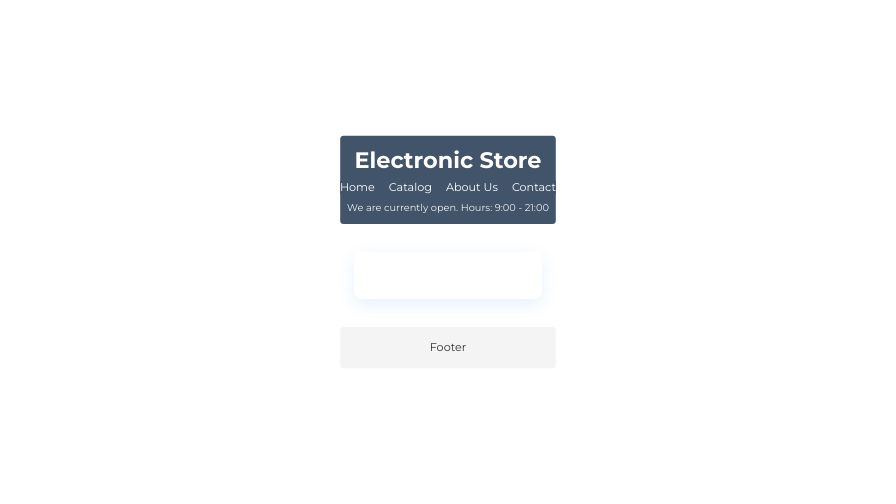
Repository: Lithium87/e-Strore
Page: /
The author's editor kept a copy of each file at every save. The page is drawn from the files as they stood at one save, then again after the next save.
The browser window is 1280 px wide. The pictures show the part of the page from y = 0 to 1920 px (the page is 720 px tall before and 7294 px after), at 70% of full size.
The project was rebuilt for these pictures with package versions that can differ from the ones it lists, and the page was loaded fresh each time. Also part of the build but not shown: vite.config.js.

Above is the page before, as saved 2025-07-06 14:25:42.

### src/main.jsx
import {StrictMode} from 'react';
import {createRoot} from 'react-dom/client';
import App from './App.jsx';

createRoot (document.getElementById ('root')).render (
  <StrictMode>
    <App />
  </StrictMode>
);

### src/App.jsx
import React from 'react';
import './index.css';

const productData = [
  {
    name: 'Laptop Pro',
    description: 'High-performance laptop for professionals.',
    price: 1200,
    photoName: '/laptop.png',
    soldOut: false,
  },
  {
    name: 'Smartphone X',
    description: 'Latest model with stunning display.',
    price: 800,
    photoName: '/smartphone.png',
    soldOut: false,
  },
  {
    name: 'Wireless Headphones',
    description: 'Noise-cancelling headphones with great sound quality.',
    price: 200,
    photoName: '/headphones.png',
    soldOut: false,
  },
  {
    name: 'Smartwatch Z',
    description: 'Stylish smartwatch with fitness tracking features.',
    price: 150,
    photoName: '/smartwatch.png',
    soldOut: false,
  },
  {
    name: 'Gaming Console',
    description: 'Powerful gaming console for endless fun.',
    price: 400,
    photoName: '/console.png',
    soldOut: true,
  },
  {
    name: '4K TV',
    description: 'Ultra HD television with vibrant colors.',
    price: 1000,
    photoName: '/tv.png',
    soldOut: false,
  },
];

const App = () => {
  return (
    <div>
      <Header />
      <Catalog />
      <Footer />
    </div>
  );
};

const Header = () => {
  const hour = new Date ().getHours ();
  const openHours = 9;
  const closeHours = 21;
  const isOpen = hour >= openHours && hour < closeHours;

  return (
    <header className="header">
      <h1>Electronic Store</h1>
      <nav className="nav">
        <ul>
          <li>
            <a href="#home">Home</a>
          </li>
          <li>
            <a href="#catalog">Catalog</a>
          </li>
          <li>
            <a href="#about">About Us</a>
          </li>
          <li>
            <a href="#contact">Contact</a>
          </li>
        </ul>
      </nav>
      <div className="working-hours">
        {isOpen
          ? <p>
              We are currently open. Hours: {openHours}:00 - {closeHours}:00
            </p>
          : <p>
              Sorry, we are closed. Hours: {openHours}:00 - {closeHours}:00
            </p>}
      </div>
    </header>
  );
};

const Catalog = ({name, description, img}) => {
  return (
    <main className="catalog">
      <ul className="products">
        <Product name={name} description={description} img={img} />
      </ul>
    </main>
  );
};

const Product = props => {
  return (
    <li className="product">
      <img src={props.img} alt={props.name} />
      <div>
        <h3>{props.name}</h3>
        <p>{props.description}</p>
        <span>{props.price}</span>
      </div>
    </li>
  );
};

const Footer = () => {
  return <footer className="footer">Footer</footer>;
};

export default App;

### src/index.css
@import url("https://fonts.googleapis.com/css2?family=Montserrat:wght@300;400;700&display=swap");

* {
  margin: 0;
  padding: 0;
  box-sizing: border-box;
}

html {
  font-size: 62.5%;
}

body {
  font-family: "Montserrat", sans-serif;
  color: #1e1e1e;
  background-color: #ffffff;
  min-height: 100vh;
  padding: 4rem;
  display: flex;
  justify-content: center;
  align-items: center;
}

.container {
  max-width: 120rem;
  margin: 0 auto;
  display: flex;
  flex-direction: column;
  align-items: center;
  gap: 3rem;
  padding: 2rem;
  background-color: #f4f6f8;
  border-radius: 1.2rem;
  box-shadow: 0px 4px 12px rgba(0, 0, 0, 0.1);
}

/* Header */
.header {
  align-self: stretch;
  text-align: center;
  padding: 1.5rem 0;
  background-color: #41546a;
  color: #ffffff;
  border-radius: 0.5rem;
  margin-bottom: 2rem;
}

.header h1 {
  font-size: 3.2rem;
  font-weight: 700;
  margin-bottom: 1rem;
}

.nav ul {
  background-color: #41546a;
  list-style: none;
  display: flex;
  justify-content: center;
  gap: 2rem;
}

.nav a {
  color: #ffffff;
  text-decoration: none;
  font-size: 1.6rem;
  font-weight: 500;
  transition: color 0.3s;
}

.nav a:hover {
  color: #ffdd57;
}

.working-hours {
  font-size: 1.4rem;
  margin-top: 1rem;
  color: #f1f1f1;
}

/* Catalog */
.catalog {
  width: 100%;
  text-align: center;
}

.catalog h2 {
  font-size: 3rem;
  font-weight: 700;
  color: #333333;
  margin-bottom: 1rem;
}

.catalog > p {
  font-size: 1.6rem;
  color: #555;
  line-height: 1.8;
  margin-bottom: 2rem;
}

.products {
  list-style: none;
  display: grid;
  grid-template-columns: repeat(auto-fit, minmax(20rem, 1fr));
  gap: 3rem;
  padding: 2rem;
}

.product {
  background-color: #ffffff;
  border-radius: 1rem;
  padding: 1.5rem;
  box-shadow: 0 8px 24px rgba(0, 112, 243, 0.1);
  transition: transform 0.3s ease, box-shadow 0.3s ease;
}

.product:hover {
  transform: translateY(-5px);
  box-shadow: 0 12px 36px rgba(0, 112, 243, 0.15);
}

.product img {
  width: 100%;
  height: auto;
  border-radius: 0.8rem;
  margin-bottom: 1.2rem;
}

.product div {
  text-align: left;
  padding: 0.5rem 0;
}

.product h3 {
  font-size: 2rem;
  font-weight: 700;
  color: #333;
  margin-bottom: 0.5rem;
}

.product p {
  font-size: 1.4rem;
  color: #666;
  font-weight: 400;
  margin-bottom: 1.2rem;
}

.product span {
  display: block;
  font-size: 1.6rem;
  font-weight: 500;
  color: #0070f3;
}

.product.sold-out {
  opacity: 0.6;
  pointer-events: none;
}

.product.sold-out span {
  color: #ff4d4d;
}

/* Footer */
.footer {
  text-align: center;
  font-size: 1.6rem;
  color: #333;
  background-color: #f4f4f4;
  padding: 2rem;
  border-radius: 0.5rem;
  margin-top: 2rem;
}

.footer h3 {
  font-size: 2rem;
  font-weight: 700;
  margin-bottom: 1rem;
}

.footer p {
  font-size: 1.4rem;
  margin-top: 0.5rem;
  color: #555;
}

.order {
  margin-top: 2rem;
  display: flex;
  flex-direction: column;
  align-items: center;
  gap: 1.5rem;
}

.btn {
  color: #fff;
  font-family: inherit;
  border: none;
  font-size: 1.6rem;
  font-weight: 600;
  background-color: #0070f3;
  padding: 1.2rem 3rem;
  border-radius: 2rem;
  cursor: pointer;
  transition: background-color 0.3s ease;
}

.btn:hover {
  background-color: #005bb5;
}

Loaded but not shown: index.html (common file)

After the next save:
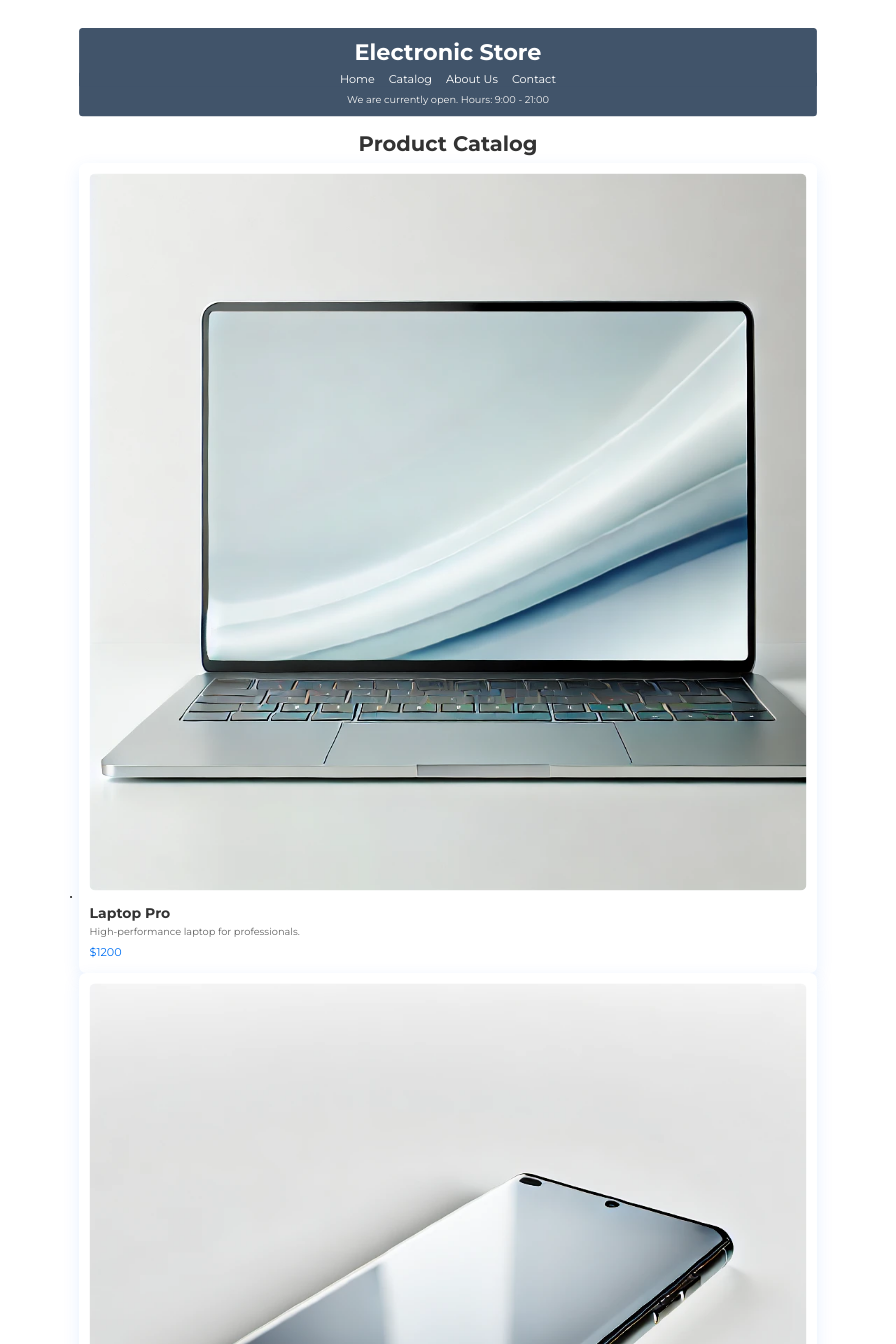
Saved 7 min 10 s later.
--- a/src/App.jsx
+++ b/src/App.jsx
@@ -94,11 +94,20 @@ const Header = () => {
   );
 };
 
-const Catalog = ({name, description, img}) => {
+const Catalog = () => {
   return (
     <main className="catalog">
-      <ul className="products">
-        <Product name={name} description={description} img={img} />
+      <h2>Product Catalog</h2>
+      <ul className="product-list">
+        {productData.map ((product, index) => (
+          <Product
+            key={index}
+            name={product.name}
+            description={product.description}
+            price={`$${product.price}`}
+            img={product.photoName}
+          />
+        ))}
       </ul>
     </main>
   );
